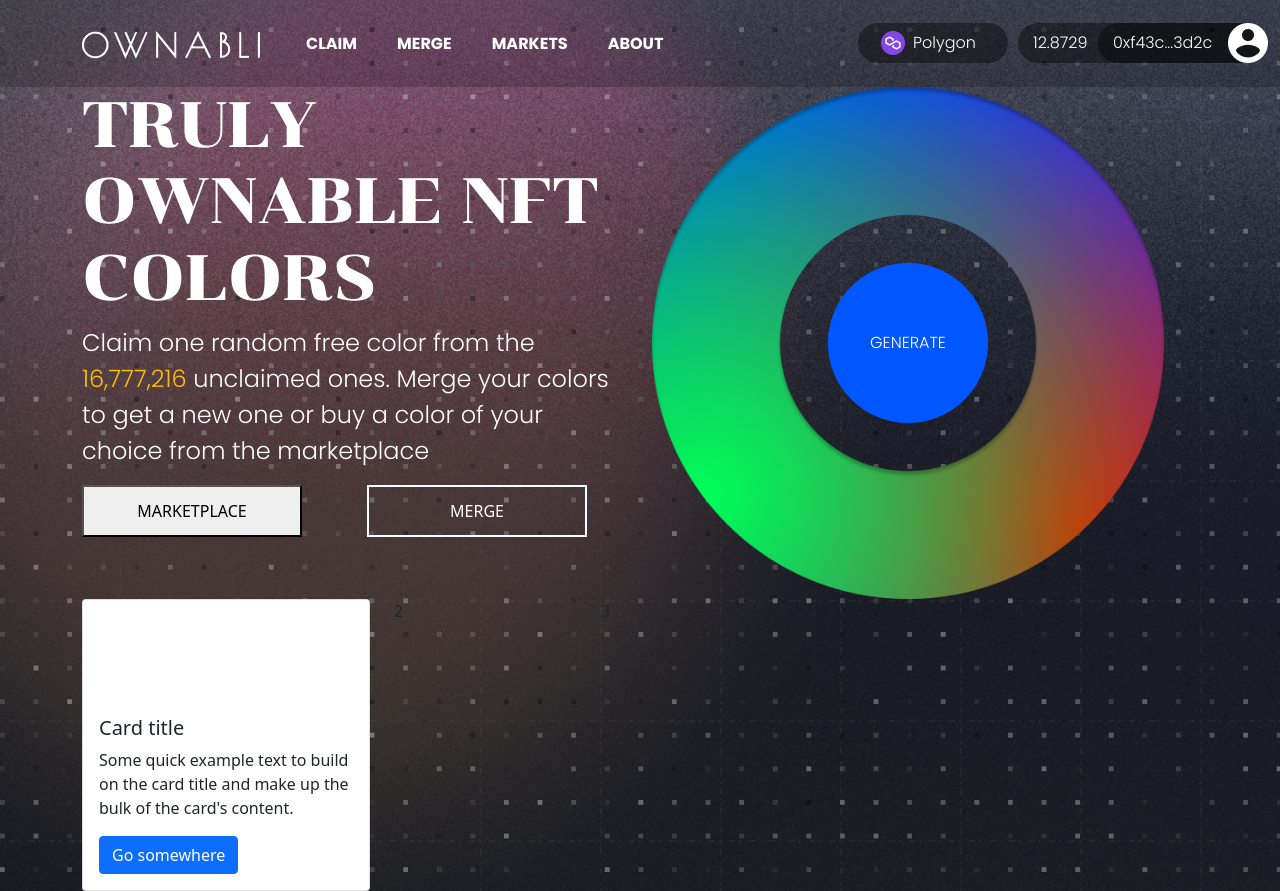
Repository: Rio-dapp/colors-nft
Page: website/index.html
An editor plug-in stored every save of this project. The page is shown before and after the next save, followed by the edit.
The browser window is 1280 px wide. The pictures show the whole page.

Above is the page before, as saved 2022-04-23 11:21:15.

### website/index.html
<!doctype html>
<html lang="en">
  <head>
    <!-- Required meta tags -->
    <meta charset="utf-8">
    <meta name="viewport" content="width=device-width, initial-scale=1">

    <!-- Bootstrap CSS -->
    <link href="https://cdn.jsdelivr.net/npm/bootstrap@5.0.2/dist/css/bootstrap.min.css" rel="stylesheet" integrity="sha384-EVSTQN3/azprG1Anm3QDgpJLIm9Nao0Yz1ztcQTwFspd3yD65VohhpuuCOmLASjC" crossorigin="anonymous">
    <link rel="stylesheet" href="mystyle.css">

    <title>Hello, world!</title>
  </head>
  <body class="background">
    <nav class="navbar navbar-expand-lg navbar-light background-black-transparent">
        <div class="container-fluid">
          <a class="navbar-brand navbar-logo" href="#"><img src="images/logo.png"/></a>
          <button class="navbar-toggler" type="button" data-bs-toggle="collapse" data-bs-target="#navbarSupportedContent" aria-controls="navbarSupportedContent" aria-expanded="false" aria-label="Toggle navigation">
            <span class="navbar-toggler-icon"></span>
          </button>
          <div class="collapse navbar-collapse" id="navbarSupportedContent">
            <ul class="navbar-nav me-auto mb-2 mb-lg-0">
              <li class="nav-item">
                <a class="text-white bold-font nav-padding nav-roks-link" aria-current="page" href="#">CLAIM</a>
              </li>
              <li class="nav-item">
                <a class="text-white bold-font nav-padding nav-roks-link" href="#">MERGE</a>
              </li>
              <li class="nav-item">
                <a class="text-white bold-font nav-padding nav-roks-link" href="#">MARKETS</a>
              </li>
              <li class="nav-item">
                <a class="text-white bold-font nav-padding nav-roks-link" href="#">ABOUT</a>
              </li>


            </ul>
              <div class="blockchain-selector">
                <img src="images/poligon.png" class="poligon-mini"/>
                <a class="nav-link text-white float-right ligt-font" href="#" id="navbarDropdown" role="button" >
                  Polygon
                </a>
              <!-- <a class="nav-link dropdown-toggle text-white" href="#" id="navbarDropdown" role="button" data-bs-toggle="dropdown" aria-expanded="false">
                Polygon
              </a>
              <ul class="dropdown-menu" aria-labelledby="navbarDropdown">
                <li><a class="dropdown-item" href="#">Action</a></li>
                <li><a class="dropdown-item" href="#">Another action</a></li>
                <li><hr class="dropdown-divider"></li>
                <li><a class="dropdown-item" href="#">Something else here</a></li>
              </ul> -->
              </div>
              <div class="wallet-data-div">
                <p class="ligt-font text-white left-float nav-top-padding">12.8729</p>
                <div class="wallet-address-div right-float">
                  <p class="ligt-font text-white left-float nav-top-padding">0xf43c...3d2c</p>
                  <img src="images/user.png" class="user-logo" height="40px"/>
                </div>
              </div>
          </div>
        </div>
      </nav>
      <div class="container">
        <div class="row">
          <div class="col">
            <h1 class="hi-main">TRULY OWNABLE NFT COLORS </h1>
            <p class="p-main-desc text-white">
              Claim one random free color from the <spn class="color-yellow">16,777,216</spn> unclaimed ones. Merge your colors to get a new one or buy a color of your choice from the marketplace
            </p>

          <div class="row">
            <div class="col">
              <button class="button-mint">MARKETPLACE</button>
            </div>

            <div class="col">
              <button class="button-mint button-marge">MERGE</button>

            </div>

          </div>

          </div>
          <div class="col">
            <div class="color-cercle">
                <img src="images/color_circle.png" class="color-cercle-img"/>
                <button class="mint-cercle-img">
                 <span class="text-white ligt-font">GENERATE</span>
                </button>
            </div>

          </div>
        </div>
      </div>
      <div class="container">
      <div class="row">
        <div class="col">
          <div class="card" style="width: 18rem;">
            <div  class="card-img-top color-image"></div>

            <div class="card-body">
              <h5 class="card-title">Card title</h5>
              <p class="card-text">Some quick example text to build on the card title and make up the bulk of the card's content.</p>
              <a href="#" class="btn btn-primary">Go somewhere</a>
            </div>
          </div>
        </div>
        <div class="col">
          2
        </div>
        <div class="col">
          3
        </div>
        <div class="col">
          4
        </div>
        <div class="col">
          5
        </div>
      </div>
    </div>

    <!-- Optional JavaScript; choose one of the two! -->

    <!-- Option 1: Bootstrap Bundle with Popper -->
    <script src="https://cdn.jsdelivr.net/npm/bootstrap@5.0.2/dist/js/bootstrap.bundle.min.js" integrity="sha384-MrcW6ZMFYlzcLA8Nl+NtUVF0sA7MsXsP1UyJoMp4YLEuNSfAP+JcXn/tWtIaxVXM" crossorigin="anonymous"></script>

    <!-- Option 2: Separate Popper and Bootstrap JS -->
    <!--
    <script src="https://cdn.jsdelivr.net/npm/@popperjs/core@2.9.2/dist/umd/popper.min.js" integrity="sha384-IQsoLXl5PILFhosVNubq5LC7Qb9DXgDA9i+tQ8Zj3iwWAwPtgFTxbJ8NT4GN1R8p" crossorigin="anonymous"></script>
    <script src="https://cdn.jsdelivr.net/npm/bootstrap@5.0.2/dist/js/bootstrap.min.js" integrity="sha384-cVKIPhGWiC2Al4u+LWgxfKTRIcfu0JTxR+EQDz/bgldoEyl4H0zUF0QKbrJ0EcQF" crossorigin="anonymous"></script>
    -->
  </body>
</html>

### website/mystyle.css
@font-face {
    font-family: 'Poppins';
    src: url('fonts/Poppins-Light.ttf');
  }
  @font-face {
    font-family: 'Poppins-bold';
    src: url('fonts/Poppins-Bold.ttf');
  }

  @font-face {
    font-family: 'Chonburi';
    src: url('fonts/Chonburi-Regular.ttf');
  }

.background {
    background-image: url('images/background.png');
}

.navbar-light .navbar-toggler {
    border-color: rgb(255, 255, 255);
    color: rgb(255, 255, 255);
    border: 1px solid white;
}
/* Setting the stroke to green using rgb values (0, 128, 0) */

.navbar-light .navbar-toggler-icon {
    border-color: rgb(255, 255, 255);
    background-image: url(
"data:[embedded picture, 242 characters]");
}

.color-cercle{
    width: 512px;
    height: 512px;
}
.color-cercle-img {
    position: absolute;
    width: 512px;
}

.mint-cercle-img {
    background-color: transparent;
    background-repeat: no-repeat;
    border: none;
    cursor: pointer;
    overflow: hidden;
    outline: none;
    overflow: hidden;
    background: url(images/mint-button.png);
    position: relative;
    margin: 176px;
    width: 160px;
    height: 160px;
}


@media screen and (max-width: 480px) {
    .color-cercle{
        width: 256px;
        height: 256px;
    }
    .color-cercle-img {
        position: absolute;
        width: 256px;
    }

     .mint-cercle-img {
        font-size: 12px;
        background-color: transparent;
        background-repeat: no-repeat;
        border: none;
        cursor: pointer;
        overflow: hidden;
        outline: none;
        overflow: hidden;
        background: url(images/mint-button.png);
        position: relative;
        margin: 88px;
        width: 80px;
        height: 80px;
        background-repeat: no-repeat;
        background-size: contain;
    }
}



.hi-main{
    font-family: 'Chonburi';
    font-style: normal;
    font-weight: 400;
    font-size: 64px;
    color: white;
}

.p-main-desc{
    font-family: 'Poppins';
    font-style: normal;
    font-weight: 400;
    font-size: 24px;
}
.color-yellow{
    color: #FFBF00;
}

.background-black-transparent {
   background-color: rgba(0, 0, 0, 0.2);
}

.text-white{
    color: white;
}

.navbar-logo{
    padding-top: 20px;
    padding-bottom: 20px;
    padding-left: 70px;
    padding-right: 10px;
}

.button-mint
{
  width: 220px;
  height: 52px;
}

.blockchain-selector {
    border-radius: 30px;
    background: rgba(0, 0, 0, 0.4);
    padding: 0px;
    padding-left: 15px;
    width: 150px;
    height: 40px;
  }

  .wallet-data-div{

    border-radius: 30px;
    background: rgba(0, 0, 0, 0.4);
    padding: 0px;
    padding-left: 15px;
    margin-left: 10px;
    width: 250px;
    height: 40px;
  }

  .wallet-address-div{
    border-radius: 30px;
    background: rgba(0, 0, 0, 0.4);
    padding: 0px;
    padding-left: 15px;
    width: 170px;
    height: 40px;
  }

.poligon-mini {
    float: left;
    padding: 8px;
}

.ligt-font{
font-family: 'Poppins';
font-style: normal;
font-weight: 400;
}

.bold-font{
    font-family: 'Poppins-bold';
    font-style: normal;
    font-weight: 800;
    }


.user-logo{
    float: right;
}
.left-float{
    float: left;
}

.right-float{
    float: right;
}
.nav-top-padding{
    padding-top: 8px;
}

.nav-padding{
    padding: 20px;
}

.nav-roks-link{
    text-decoration: none;
}

.button-marge{
    background-color: transparent;
    border: 2px solid white;
    border-color: white;
    color: white;
}

.color-image{
    width: 100px;
    height: 100px;
}

After the next save:
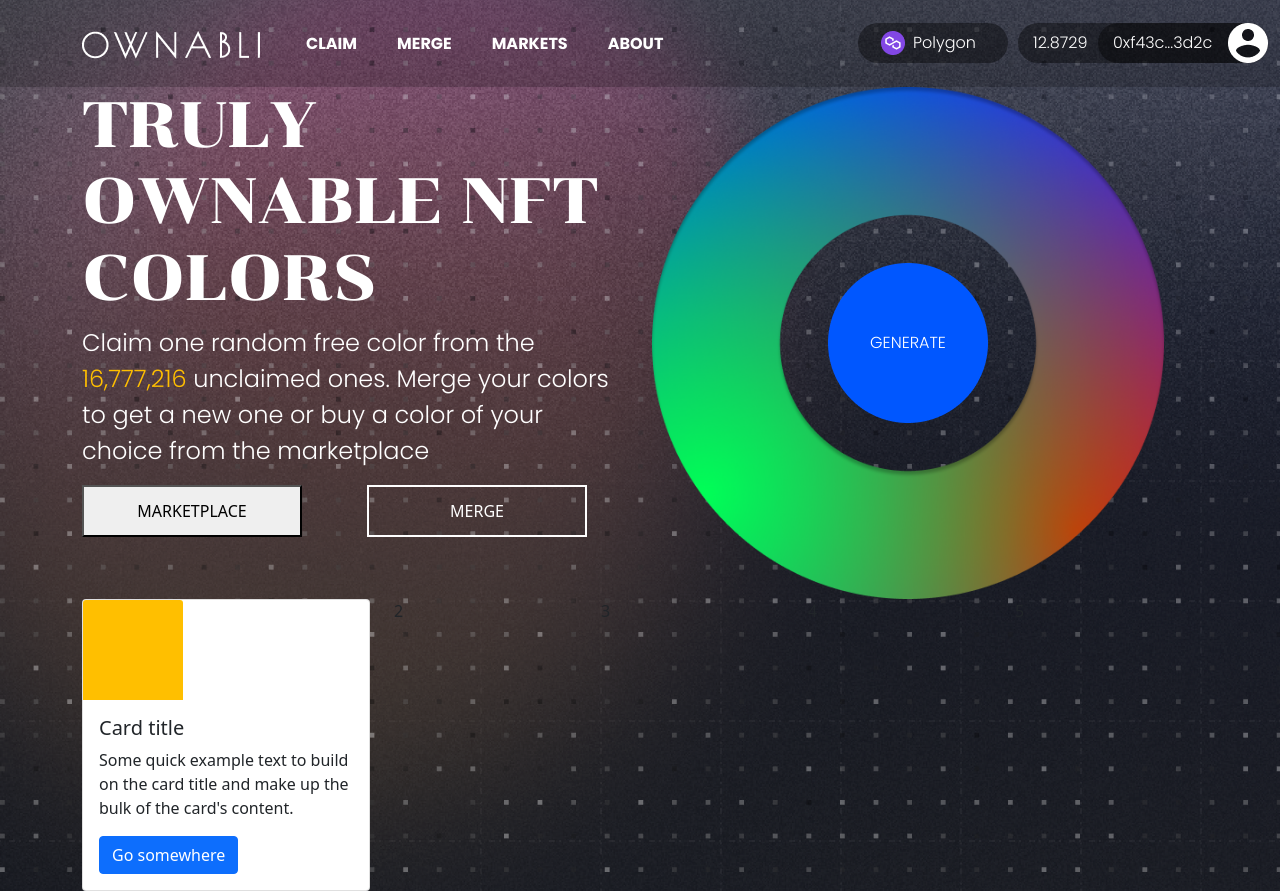
Saved 8 s later.
--- a/website/mystyle.css
+++ b/website/mystyle.css
@@ -203,4 +203,5 @@
 .color-image{
     width: 100px;
     height: 100px;
-}
+    background-color: #FFBF00;
+}
